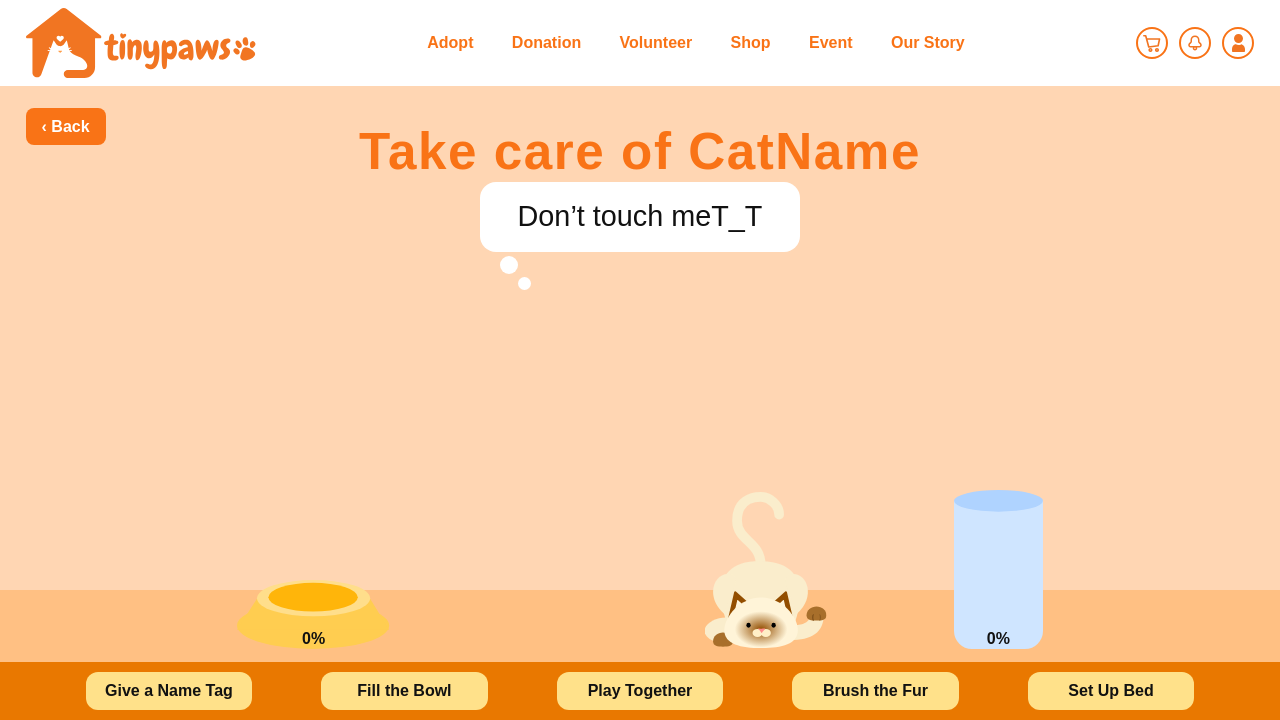
Repository: LShuyanLi/TinyPaws
Page: /, after clicking the first element matching `div > div`
An editor plug-in stored every save of this project. The page is shown before and after the next save, followed by the edit.
The browser window is 1280 px wide. The pictures show the whole page.
The project was rebuilt for these pictures with package versions that can differ from the ones it lists, and the page was loaded fresh each time. The framework's server and built-in components were replaced by stand-ins that run in the browser. Also part of the build but not shown: next.config.mjs.

Above is the page before, as saved 2026-05-09 23:46:40.

### app/layout.js
import { Geist, Geist_Mono } from "next/font/google";
import "./globals.css";

const geistSans = Geist({
  variable: "--font-geist-sans",
  subsets: ["latin"],
});

const geistMono = Geist_Mono({
  variable: "--font-geist-mono",
  subsets: ["latin"],
});

export const metadata = {
  title: "Create Next App",
  description: "Generated by create next app",
};

export default function RootLayout({ children }) {
  return (
    <html lang="en" className={`${geistSans.variable} ${geistMono.variable}`}>
      <body>{children}</body>
    </html>
  );
}

### app/page.js
"use client";

import { useState } from "react";

import Header from "@/components/shared/Header";
import ChooseScreen from "@/components/shuyan/ChooseScreen";
import PlayScreen from "@/components/shuyan/PlayScreen";



export default function Home() {
  const [screen, setScreen] = useState("choose");
  const [selectedCat, setSelectedCat] = useState(null);

  function goToChoose() {
    setScreen("choose");
  }

  function goToPlay(catImage) {
    setSelectedCat(catImage);
    setScreen("play");
  }

  return (
    <main
      style={{
        width: "100vw",
        height: "100vh",
        margin: 0,
        overflow: "hidden",
        fontFamily: "Arial, Helvetica, sans-serif",
        backgroundColor: "#ffd6b3",
      }}
    >
      <Header />

      {screen === "choose" && (
        <ChooseScreen goToPlay={goToPlay} />
      )}

      {screen === "play" && (
        <PlayScreen
        goToChoose={goToChoose}
        selectedCat={selectedCat} />
      )}
    </main>
  );
}

### app/globals.css
:root {
  --background: #ffffff;
  --foreground: #171717;
}

@media (prefers-color-scheme: dark) {
  :root {
    --background: #0a0a0a;
    --foreground: #ededed;
  }
}

html {
  height: 100%;
}

html,
body {
  max-width: 100vw;
  overflow-x: hidden;
}

body {
  min-height: 100%;
  display: flex;
  flex-direction: column;
  color: var(--foreground);
  background: var(--background);
  font-family: Arial, Helvetica, sans-serif;
  -webkit-font-smoothing: antialiased;
  -moz-osx-font-smoothing: grayscale;
}

* {
  box-sizing: border-box;
  padding: 0;
  margin: 0;
}

a {
  color: inherit;
  text-decoration: none;
}

@media (prefers-color-scheme: dark) {
  html {
    color-scheme: dark;
  }
}

### components/shared/Header.jsx
// Displays the decorative top navigation area with the logo, nav menu, and icons.

export default function Header() {
  return (
    <header
      style={{
        width: "100%",
        height: "12vh",
        backgroundColor: "#ffffff",
        display: "flex",
        alignItems: "center",
        justifyContent: "space-between",
        padding: "0 2vw",
        boxSizing: "border-box",
      }}
    >
      <img
        src="/Logo.svg"
        alt="TinyPaws logo"
        style={{
          width: "18vw",
          minWidth: "150px",
          maxWidth: "270px",
          height: "auto",
        }}
      />

      <nav
        style={{
          display: "flex",
          gap: "3vw",
          color: "#f97316",
          fontWeight: "700",
          fontSize: "1rem",
        }}
      >
        <span>Adopt</span>
        <span>Donation</span>
        <span>Volunteer</span>
        <span>Shop</span>
        <span>Event</span>
        <span>Our Story</span>
      </nav>

      <div
        style={{
          display: "flex",
          gap: "0.7rem",
        }}
      >
        <button style={iconButtonStyle}>
         <img src="/chart.svg" style={iconImageStyle} />
        </button>

        <button style={iconButtonStyle}>
          <img src="/bell.svg" style={iconImageStyle} />
        </button>

        <button style={iconButtonStyle}>
         <img src="/user.svg" style={iconImageStyle} />
        </button>
      </div>
    </header>
  );
}

const iconButtonStyle = {
  width: "2rem",
  height: "2rem",
  border: "2px solid #f97316",
  borderRadius: "50%",
  backgroundColor: "#ffffff",
  color: "#f97316",
  cursor: "pointer",
  display: "flex",
  alignItems: "center",
  justifyContent: "center",
};

const iconImageStyle = {
  width: "1.1rem",
  height: "1.1rem",
  objectFit: "contain",
  display: "block",
};

### components/shuyan/ChooseScreen.jsx
import PokeCatBall from "@/components/shuyan/PokeCatBall";

export default function ChooseScreen({ goToPlay }) {

    return (
        <section
        style={{
            position: "relative",
            width: "100%",
            height: "88vh",
            backgroundColor: "#ffd6b3",
        }}
        >

        <h1
            style={{
            margin: 0,
            paddingTop: "5vh",
            textAlign: "center",
            color: "#f97316",
            fontSize: "clamp(2rem, 4vw, 3.3rem)",
            fontWeight: "700",
            letterSpacing: "0.03em",
            }}
        >
            Choose Your New Little Friend
        </h1>

        <div
            style={{
            position: "relative",
            zIndex: 5,
            width: "100%",
            display: "flex",
            justifyContent: "space-around",
            alignItems: "flex-start",
            marginTop: "8vh",
            padding: "0 4vw",
            boxSizing: "border-box",
            }}
        >
            <PokeCatBall
                closeBall="/CloseBall.svg"
                openBall="/OpenBall-1.svg"
                catImage="/cat-1.svg"
                goToPlay={goToPlay} />
            <PokeCatBall
                closeBall="/CloseBall.svg"
                openBall="/OpenBall-2.svg"
                catImage="/cat-2.svg"
                goToPlay={goToPlay} />
            <PokeCatBall
                closeBall="/CloseBall.svg"
                openBall="/OpenBall-3.svg"
                catImage="/cat-3.svg"
                goToPlay={goToPlay} />
        </div>

        <div
            style={{
            position: "absolute",
            left: 0,
            bottom: "7.5vh",
            width: "100%",
            height: "10vh",
            backgroundColor: "#ffc083",
            }}
        />

        <div
            style={{
            position: "absolute",
            left: 0,
            bottom: 0,
            width: "100%",
            height: "7.5vh",
            backgroundColor: "#e97800",
            }}
        />
        </section>
    );
}

### components/shuyan/PlayScreen.jsx
// PlayScreen.jsx: Builds the main cat play screen with the background, cat area, feeding area, tools, bed, and bottom buttons.

import BackButton from "@/components/shuyan/BackButton";
import BottomActionBar from "@/components/shuyan/BottomActionBar";
import CatDisplay from "@/components/shared/CatDisplay";
import FoodBowl from "@/components/Jinwon/FoodBowl";
import WaterBottle from "@/components/Jinwon/WaterBottle";
import CatEmotion from "@/components/Jessica/CatEmotion";

export default function PlayScreen({ goToChoose, selectedCat }) {
  return (
    <section
      style={{
        position: "relative",
        width: "100%",
        height: "88vh",
        backgroundColor: "#ffd6b3",
        overflow: "hidden",
      }}
    >
      <BackButton goToChoose={goToChoose}/>

      <h1
        style={{
          margin: 0,
          paddingTop: "5vh",
          textAlign: "center",
          color: "#f97316",
          fontSize: "clamp(2rem, 4vw, 3.3rem)",
          fontWeight: "700",
          letterSpacing: "0.03em",
          position: "relative",
          zIndex: 5,
        }}
      >
        Take care of CatName
      </h1>

      {/* Light orange ground */}
      <div
        style={{
          position: "absolute",
          left: 0,
          bottom: "8vh",
          width: "100%",
          height: "10vh",
          backgroundColor: "#ffc083",
          zIndex: 1,
        }}
      />

      {/* Main play area */}
      <div
        style={{
          position: "absolute",
          left: "50%",
          bottom: "10vh",
          transform: "translateX(-50%)",
          width: "75vw",
          height: "50vh",
          zIndex: 5,
        }}
      >
        <CatEmotion />
        <FoodBowl />
        <CatDisplay selectedCat={selectedCat}/>
        <WaterBottle />
      </div>

      <BottomActionBar />
    </section>
  );
}

### components/shuyan/PokeCatBall.jsx
"use client";
// Displays one selectable pokeCAT ball and shows its cat preview on hover.

import { useState } from "react";

export default function PokeCatBall({ closeBall, openBall, goToPlay, catImage }) {

    const [isHover, setIsHover] = useState(false);

    function pokecatBall() {
        if (!isHover) {
            return closeBall;
        } else {
            return openBall;
        }
    }

    return (
        <div
            onClick={() => goToPlay(catImage)}
            onMouseEnter={() => setIsHover(true)}
            onMouseLeave={() => setIsHover(false)}
            style={{
                width: "24vw",
                maxWidth: "380px",
                minWidth: "230px",
                height: "50vh",
                display: "flex",
                alignItems: "flex-start",
                justifyContent: "center",
                cursor: "pointer"
            }}
        >
        <img
            src={pokecatBall()}
            style={{
            width: "90%",
            objectFit: "contain",
            display: "block",
            }}
        />
        </div>
    );
}

### components/shuyan/BackButton.jsx
// Displays the back button and returns the user to the cat selection screen.


export default function BackButton({ goToChoose }) {
  return (
    <button
        onClick={goToChoose}
        style={{
            position: "absolute",
            top: "3vh",
            left: "2vw",
            backgroundColor: "#f97316",
            color: "#ffffff",
            border: "none",
            borderRadius: "8px",
            padding: "0.6rem 1rem",
            fontSize: "1rem",
            fontWeight: "600",
            cursor: "pointer",
            zIndex: 10,
      }}
    >
      ‹ Back
    </button>
  );
}

### components/shuyan/BottomActionBar.jsx
"use client";

// BottomActionBar.jsx: Displays the bottom interaction buttons and shows each hover bubble.

import { useState } from "react";

export default function BottomActionBar( {
  activeButton,
  setActiveButton,
  setSelectedBed, //these three are for the bed feature
  ballSpeed,
  setBallSpeed, //these two are for the play ball feature
  featherActive,
  setFeatherActive,
}) {
  return (
    <div
      style={{
        position: "absolute",
        left: 0,
        bottom: 0,
        width: "100%",
        height: "8vh",
        backgroundColor: "#e97800",
        display: "flex",
        alignItems: "center",
        justifyContent: "space-around",
        padding: "0 4vw",
        boxSizing: "border-box",
        zIndex: 20,
      }}
    >
      {/* Name button - Elina can connect this to NameTag modal later */}
      <div style={{ position: "relative" }}>
        <button style={buttonStyle}>Give a Name Tag</button>
      </div>

      {/* Feed button - Jinwon */}
      <div
        onMouseEnter={() => setActiveButton("feed")}
        onMouseLeave={() => setActiveButton(null)}
        style={{ position: "relative" }}
      >
        {activeButton === "feed" && (
          <div style={bubbleStyle}>
            <img src="/bubble-3.svg" style={bubbleBackgroundStyle} />

            {/* dry food option - Jinwon can add onClick here */}
            <img
              src="/dryfood.svg"
              style={{
                position: "absolute",
                top: "8%",
                left: "50%",
                transform: "translateX(-50%)",
                width: "45%",
                height: "auto",
                cursor: "pointer",
              }}
            />

            {/* wet food option - Jinwon can add onClick here */}
            <img
              src="/wetfood.svg"
              style={{
                position: "absolute",
                top: "34%",
                left: "50%",
                transform: "translateX(-50%)",
                width: "45%",
                height: "auto",
                cursor: "pointer",
              }}
            />

            {/* water option - Jinwon can add onClick here */}
            <img
              src="/water.svg"
              style={{
                position: "absolute",
                top: "60%",
                left: "50%",
                transform: "translateX(-50%)",
                width: "38%",
                height: "auto",
                cursor: "pointer",
              }}
            />
          </div>
        )}

        <button style={buttonStyle}>Fill the Bowl</button>
      </div>

      {/* Play button - Jonah handles ball/feather, Elina handles hand */}
      <div
        style={{ position: "relative" }}
      >
        {activeButton === "play" && (
          <div style={bubbleStyle}>
            <img src="/bubble-3.svg" style={bubbleBackgroundStyle} />

            {/* ball option - Jonah can add onClick here */}
            <img
              src="/ball.svg"
                onClick={() => {
                setFeatherActive(false);

                setBallSpeed(prev =>
                  prev === "stop"
                    ? "slow"
                    : prev === "slow"
                    ? "fast"
                    : "stop"
                );
              }}
              style={{
                position: "absolute",
                top: "8%",
                left: "50%",
                transform: "translateX(-50%)",
                width: "42%",
                height: "auto",
                cursor: "pointer",
                opacity: ballSpeed === "stop" ? 0.5 : 1
              }}
            />

            {/* feather option - Jonah can add onClick here */}
            <img
              src="/feather.svg"
              onClick={() => {
                setBallSpeed("stop");
                setFeatherActive(prev => !prev);
              }}
              style={{
                position: "absolute",
                top: "30%",
                left: "50%",
                transform: "translateX(-50%)",
                width: "55%",
                height: "auto",
                cursor: "pointer",
              }}
            />

            {/* hand option - Elina can add onClick here */}
            <img
              src="/hand.svg"
              style={{
                position: "absolute",
                top: "55%",
                left: "50%",
                transform: "translateX(-50%)",
                width: "42%",
                height: "auto",
                cursor: "pointer",
              }}
            />
          </div>
        )}

        <button
          style={buttonStyle}
          onClick={() =>
            setActiveButton(activeButton === "play" ? null : "play")
          }
        >Play Together</button>
      </div>

      {/* Brush button - Elina */}
      <div
        onMouseEnter={() => setActiveButton("brush")}
        onMouseLeave={() => setActiveButton(null)}
        style={{ position: "relative" }}
      >
        {activeButton === "brush" && (
          <div style={bubbleStyle}>
            <img src="/bubble-1.svg" style={bubbleBackgroundStyle} />

            {/* brush option - Elina can add onClick here */}
            <img
              src="/brush.svg"
              style={{
                position: "absolute",
                top: "22%",
                left: "50%",
                transform: "translateX(-50%)",
                width: "55%",
                height: "auto",
                cursor: "pointer",
              }}
            />
          </div>
        )}

        <button style={buttonStyle}>Brush the Fur</button>
      </div>

      {/* Bed button - Jonah */}
      <div
        style={{ position: "relative" }}
      >
        {activeButton === "bed" && (
          <div style={bubbleStyle}>
            <img src="/bubble-2.svg" style={bubbleBackgroundStyle} />

            {/* yellow bed option - Jonah can add onClick here */}
            <img
              src="/bed-1.svg"
              onClick={() => {
                setSelectedBed(prev =>
                  prev === "yellow" ? null : "yellow"
                );
              }}
              style={{
                position: "absolute",
                top: "12%",
                left: "50%",
                transform: "translateX(-50%)",
                width: "55%",
                height: "auto",
                cursor: "pointer",
              }}
            />

            {/* green bed option - Jonah can add onClick here */}
            <img
              src="/bed-2.png"
              onClick={() => {
                setSelectedBed(prev =>
                  prev === "green" ? null : "green"
                );
              }}
              style={{
                position: "absolute",
                top: "48%",
                left: "50%",
                transform: "translateX(-50%)",
                width: "55%",
                height: "auto",
                cursor: "pointer",
              }}
            />
          </div>
        )}

        <button
          style={buttonStyle}
          onClick={() =>
            setActiveButton(activeButton === "bed" ? null : "bed")
          }
        >Set Up Bed</button>
      </div>
    </div>
  );
}

const buttonStyle = {
  width: "13vw",
  minWidth: "150px",
  maxWidth: "200px",
  height: "2.4rem",
  border: "none",
  borderRadius: "12px",
  backgroundColor: "#ffe18a",
  color: "#111111",
  fontSize: "1rem",
  fontWeight: "600",
  cursor: "pointer",
};

const bubbleStyle = {
  position: "absolute",
  left: "50%",
  bottom: "3.4rem",
  transform: "translateX(-50%)",
  width: "7vw",
  minWidth: "95px",
  maxWidth: "140px",
  zIndex: 40,
};

const bubbleBackgroundStyle = {
  width: "100%",
  height: "auto",
  display: "block",
};

### components/shared/CatDisplay.jsx
// CatDisplay.jsx: Displays the selected cat image on the play screen.

export default function CatDisplay({
  selectedBed,
  ballSpeed,
  featherActive,
}) {
  let catImage = "/cat-1.svg";

  let catStyle = {
    width: "48%",
    height: "48%",
    objectFit: "contain",
    position: "absolute",
    bottom: "0px",
    left: "210px",
  };

  if (featherActive) {
    catImage = "/catreach-1.svg";

    catStyle = {
      ...catStyle,
      width: "110%",
      height: "110%",
      left: "0px",
    }

  } else if (ballSpeed !== "stop") {
    catImage = "/catcrouch-1.svg";
  }

  return (
    <div
      style={{
        position: "absolute",
        left: "50%",
        bottom: "0",
        transform: "translateX(-50%)",
        zIndex: 1,
      }}
    >
      {selectedBed === "yellow" && (
        <img
          src="/yellow-bed.svg"
          style={{
            position: "absolute",
            bottom: "-130px",
            left: "50%",
            transform: "translateX(-50%)",
            width: "30vw",
            minWidth: "200px",
            zIndex: 0,
          }}
        />
      )}

      {selectedBed === "green" && (
        <img
          src="/green-bed.svg"
          style={{
            position: "absolute",
            bottom: "-130px",
            left: "50%",
            transform: "translateX(-50%)",
            width: "30vw",
            minWidth: "200px",
            zIndex: 0,
          }}
        />
      )}
      <div
        style={{
          width: "325px",
          height: "325px",
          position: "relative",
        }}
      >
        <img
          src={catImage}
          style={catStyle}
        />
      </div>
    </div>
  );
}

### components/Jinwon/FoodBowl.jsx
// FoodBowl.jsx: Displays the bowl and shows dry or wet food when the bowl is clicked.

export default function FoodBowl({ bowlType }) {
  const isBowlFilled = bowlType === "dry" || bowlType === "wet";
  const fillImage = bowlType === "wet" ? "/wetfood.svg" : "/dryfood.svg";

  return (
    <div
      style={{
        position: "absolute",
        left: "8%",
        bottom: "0",
        zIndex: 10,
        textAlign: "center",
      }}
    >
      <img
        src="/bowl.svg"
        style={{
          width: "12vw",
          minWidth: "120px",
          maxWidth: "190px",
          height: "auto",
          display: "block",
        }}
      />

      {isBowlFilled && (
        <img
          src={fillImage}
          style={{
            position: "absolute",
            left: "50%",
            bottom: "22px",
            transform: "translateX(-50%)",
            width: "50%",
            height: "auto",
          }}
        />
      )}

      <p
        style={{
          margin: "-1.2rem 0 0",
          color: "#111111",
          fontSize: "1rem",
          fontWeight: "700",
        }}
      >
        {isBowlFilled ? "100%" : "0%"}
      </p>
    </div>
  );
}

### components/Jinwon/WaterBottle.jsx
// WaterBottle.jsx: Displays the water bottle and shows water level when the bottle is clicked.

export default function WaterBottle({ hasWater }) {
  const isBottleFilled = hasWater;

  return (
    <div
      style={{
        position: "absolute",
        right: "8%",
        bottom: "0",
        zIndex: 10,
        textAlign: "center",
      }}
    >
      <img
        src="/water-bottle.svg"
        style={{
          width: "7vw",
          minWidth: "80px",
          maxWidth: "130px",
          height: "auto",
          display: "block",
        }}
      />

      {isBottleFilled && (
        <img
          src="/water.svg"
          style={{
            position: "absolute",
            left: "50%",
            bottom: "22px",
            transform: "translateX(-50%)",
            width: "44%",
            height: "auto",
          }}
        />
      )}

      <p
        style={{
          margin: "-1.2rem 0 0",
          color: "#111111",
          fontSize: "1rem",
          fontWeight: "700",
        }}
      >
        {isBottleFilled ? "100%" : "0%"}
      </p>
    </div>
  );
}

### components/Jessica/CatEmotion.jsx
// CatEmotion.jsx: Displays the cat’s emotion emoji and thought bubble based on interaction results.

export default function CatEmotion() {
  return (
    <div
      style={{
        position: "absolute",
        left: "50%",
        bottom: "55vh",
        transform: "translateX(-50%)",
        zIndex: 30,
      }}
    >
      {/* Thought bubble box */}
      <div
        style={{
          position: "relative",
          width: "320px",
          minHeight: "70px",
          backgroundColor: "#ffffff",
          borderRadius: "16px",
          display: "flex",
          alignItems: "center",
          justifyContent: "center",
          padding: "0 1.5rem",
          boxSizing: "border-box",
          color: "#111111",
          fontSize: "1.8rem",
          fontWeight: "400",
        }}
      >
        Don’t touch meT_T
      </div>

      {/* Small bubble dots */}
      <div
        style={{
          position: "absolute",
          left: "20px",
          bottom: "-22px",
          width: "18px",
          height: "18px",
          backgroundColor: "#ffffff",
          borderRadius: "50%",
        }}
      />

      <div
        style={{
          position: "absolute",
          left: "38px",
          bottom: "-38px",
          width: "13px",
          height: "13px",
          backgroundColor: "#ffffff",
          borderRadius: "50%",
        }}
      />
    </div>
  );
}

After the next save:
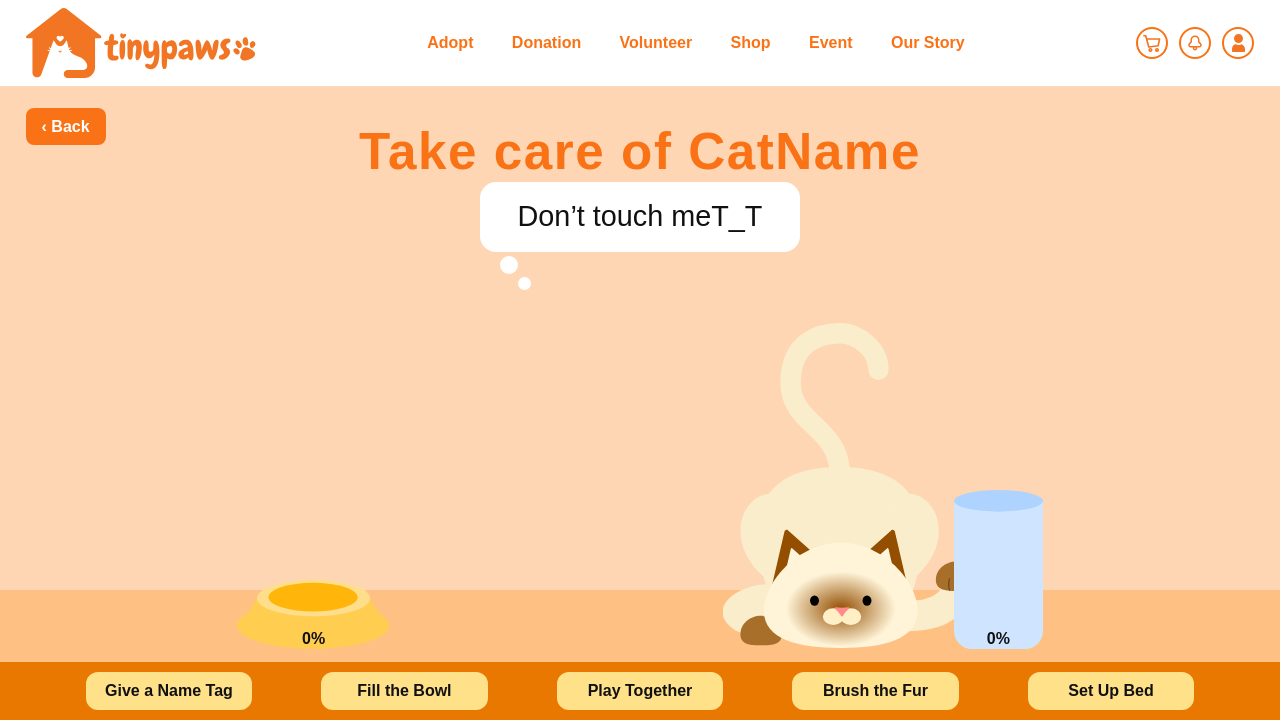
Saved 13 s later.
--- a/components/shared/CatDisplay.jsx
+++ b/components/shared/CatDisplay.jsx
@@ -8,8 +8,8 @@ export default function CatDisplay({
   let catImage = "/cat-1.svg";
 
   let catStyle = {
-    width: "48%",
-    height: "48%",
+    width: "100%",
+    height: "100%",
     objectFit: "contain",
     position: "absolute",
     bottom: "0px",
